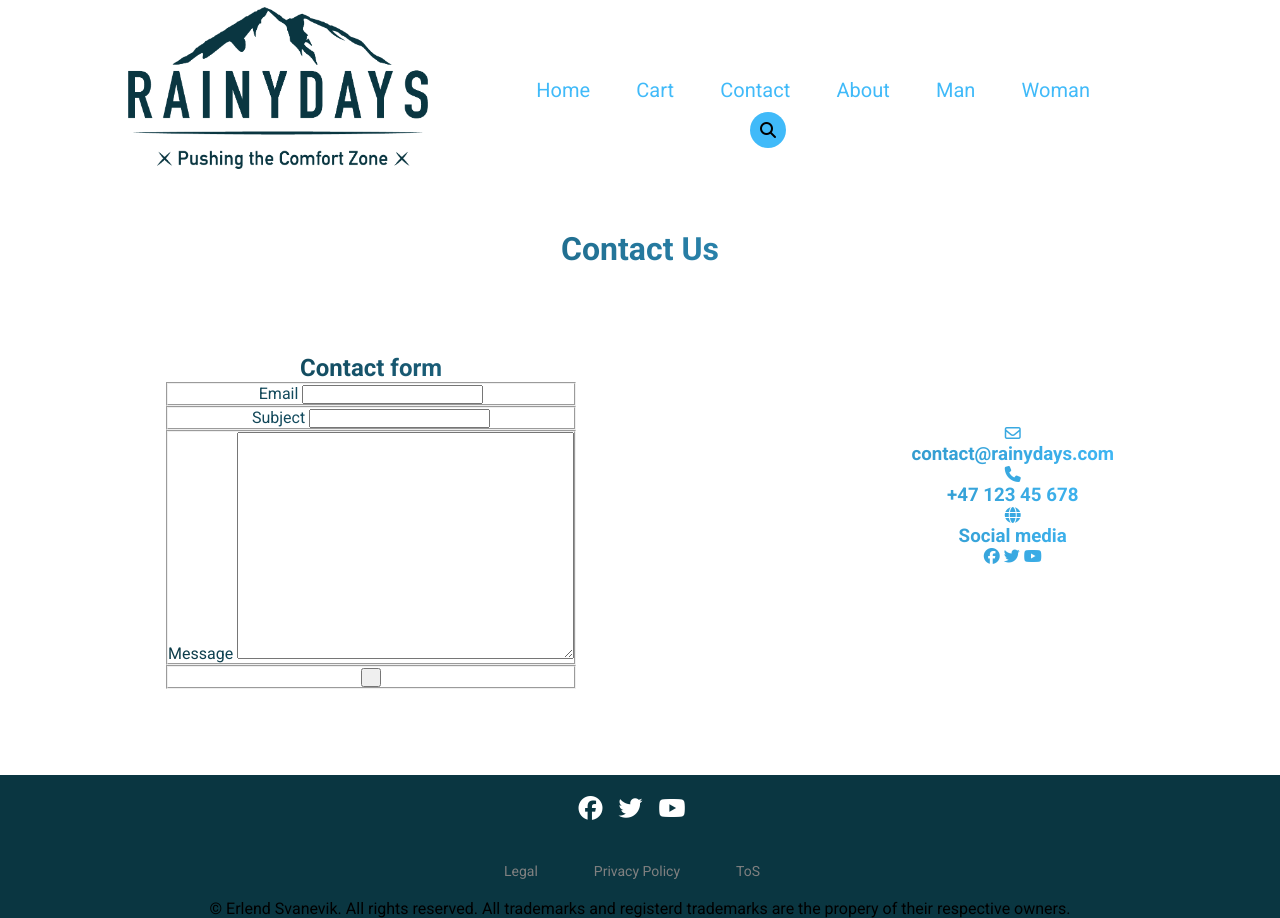
Repository: EpleWasTaken/RainyDays
Page: contact.html
An editor plug-in stored every save of this project. The page is shown before and after a run of saves, followed by the edit.
The browser window is 1280 px wide. The pictures show the whole page.
Some web libraries are served in a nearby version.

Above is the page before, as saved 2020-10-31 17:27:27.

### contact.html
<!DOCTYPE html>
<html lang="en">

<head>
  <title>Front Page</title>
  <meta charset="UTF-8">
  <meta name="viewport" content="width=device-width, initial-scale=1.0" />
  <link rel="stylesheet" href="https://fonts.googleapis.com/css2?family=Roboto:wght@400;700&display=swap" />
  <link rel="stylesheet" href="/css/styles.css" />
  <link rel="stylesheet" href="/css/footer.css" />
  <link rel="stylesheet" href="/css/contact.css" />
  <script src="https://kit.fontawesome.com/cafca22d75.js" crossorigin="anonymous"></script>
</head>

<body>
  <header>
    <div class="logo-container">
      <a href="index.html">
      <img src="./images/RainyDays_Logo.png" class="logo" alt="logo">
    </div>

    <nav>
      <ul class="nav-links">
        <li><a class="nav-link" href="index.html">Home</a></li>
        <li><a class="nav-link" href="cart.html">Cart</a></li>
        <li><a class="nav-link" href="contact.html">Contact</a></li>
        <li><a class="nav-link" href="about.html">About</a></li>
        <li><a class="nav-link" href="man.html">Man</a></li>
        <li><a class="nav-link" href="woman.html">Woman</a></li>
      </ul>
    </nav>
    <div class="search-box">
      <input class="search-txt" type="text" name="" placeholder="Type to search..." <a class="search-btn" href="#0">
      <i class="fas fa-search"></i>
      </a>
    </div>
  </header>
  <main>
    <h1>Contact Us</h1>
    <section class="contact-container">
      <section class="contact-form">
        <h2>Contact form</h2>
        <form action="submit.php" method="GET">
          <fieldset class="email">
            <label for="email">Email</label>
            <input type="email" name="email" placeholder="example@outlook.com">
          </fieldset>
          <fieldset class="subject">
            <label for="subject">Subject</label>
            <input type="subject" name="subject" placeholder="Subject">
          </fieldset>
          <fieldset class="message">
            <label for="message">Message</label>
            <textarea name="message" id="message" placeholder="Type here..." cols="40" rows="15"></textarea>
          </fieldset>
          <fieldset class="submit">
            <button class="btn-submit">TE</button>
          </fieldset>
        </form>
    </section>
    <section class="other-contacts">
      <div class="email">
        <i class="far fa-envelope"></i>
        <h3>contact@rainydays.com</h3>
      </div>
      <div class="phone">
        <i class="fas fa-phone"></i>
        <h3>+47 123 45 678</h3>
      </div>
      <div class="social-media">
        <i class="fas fa-globe"></i>
        <h3>Social media</h3>
        <div class="social-media-icons">
          <a href="#0"><i class="fab fa-facebook"></i></a>
          <a href="#0"><i class="fab fa-twitter"></i></a>
          <a href="#0"><i class="fab fa-youtube"></i></a>
        </div>
      </div>
    </section>
  </main>
  <footer class="footer">
    <div class="footer-container">
      <ul class="footer-social">
        <li>
          <a href="#0" class="facebook"><i class="fab fa-facebook"></i></a>
        </li>
        <li>
          <a href="#0" class="twitter"><i class="fab fa-twitter"></i></a>
        </li>
        <li>
          <a href="#0" class="youtube"><i class="fab fa-youtube"></i></a>
        </li>
      </ul>
    </div>
    <div class="footer-container">
      <div class="footer-legal">
        <a href="#0">Legal</a>
        <a href="#0">Privacy Policy</a>
        <a href="#0">ToS</a>
      </div>
      <div class="footer-copyright">
        &copy; Erlend Svanevik. All rights reserved. All trademarks and registerd trademarks are the propery of
        their respective owners.
      </div>
  </footer>
</body>

</html>

### css/styles.css
* {
	margin: 0;
	padding: 0;
	box-sizing: border-box;
}

body {
	font-family: "Roboto", sans-serif;
}

button {
	font-family: "Roboto", sans-serif;
}

header {
	display: flex;
	width: 80%;
	height: 25vh;
	margin: auto;
	align-items: center;
}

.logo-container,
.nav-links,
.search {
	display: flex;
}

.logo-container {
	flex: 1;
}

.logo {
	width: 300px;
}

nav {
	display: flex;
	flex: 4;
	justify-content: center;
	align-items: center;
	margin: auto;
}

.nav-links {
	justify-content: space-between;
	list-style: none;
	height: 30px;
	align-items: center;
	width: 600px;
}

.nav-link {
	display: flex;
	color: #40baf9;
	font-size: 20px;
	text-decoration: none;
}

.search {
	flex: 1;
	justify-content: flex-end;
}

.presentation {
	display: flex;
	width: 80%;
	margin: auto;
	min-height: 80vh;
	align-items: center;
}

.introduction {
	flex: 1;
}

.slogan-text {
	font-size: 30px;
	font-weight: 500;
	background: linear-gradient(to right, #0a3641, #40baf9);
	-webkit-background-clip: text;
	-webkit-text-fill-color: transparent;
}

.slogan-text p {
	margin: 5px;
	font-size: 22px;
	color: grey;
}

.cta {
	padding: 50px 50px 0px 0px;
}

.cta-col {
	border: 2px solid #0a3641;
	background: transparent;
	color: #0a3641;
	width: 150px;
	height: 50px;
	cursor: pointer;
	font-size: 20px;
}

.cta-view {
	background: #0a3641;
	width: 150px;
	height: 50px;
	cursor: pointer;
	font-size: 20px;
	border: none;
	color: white;
	margin: 30px 0px 0px 30px;
}

.cover {
	flex: 1;
}

.cover img {
	height: 60vh;
}

/* SEARCHBAR */

.search-box {
	position: absolute;
	top: 18%;
	left: 60%;
	transform: translate(-50%, -50%);
	background: #40baf9;
	height: 36px;
	border-radius: 40px;
	padding: 10px;
	display: flex;
	justify-content: center;
	align-items: center;
}

.search-txt {
	border: none;
	background: none;
	outline: none;
	float: left;
	padding: 0;
	color: black;
	font-size: 16px;
	transition: 0.4s;
	line-height: 40px;
	width: 0px;
}

.search-box:hover > .search-txt {
	width: 240px;
	padding: 0 6px;
}

::placeholder {
	color: black;
}

.search-btn {
	color: #0a3641;
	float: right;
	width: 40px;
	height: 40px;
	border-radius: 50%;
}

.search-btn i {
	cursor: pointer;
}

@media screen and (max-width: 1024px) {
	.presentation {
		flex-direction: column;
	}

	.introduction {
		margin-top: 5vh;
		text-align: center;
	}

	.slogan-text h1 {
		font-size: 30px;
	}

	.slogan-text p {
		font-size: 18px;
	}

	.cta {
		padding: 10px 0px 20px 0px;
	}

	.logo {
		width: 270px;
	}

	.search-box {
		top: 18%;
		left: 70%;
		transform: none;
		width: 240px;
	}

	.nav-links {
		width: 400px;
	}

	nav {
		display: none;
	}

	.search-box {
		display: none;
	}
}

### css/footer.css
/* FOOTER */

footer {
	display: flex;
	flex-direction: column;
	justify-content: center;
	align-items: center;
	background-color: #0a3641;
	position: relative;
	bottom: 0;
	left: 0;
	right: 0;
}

.footer-social {
	display: flex;
	align-items: center;
	justify-content: center;
	list-style: none;
	padding: 20px;
	font-size: 1.5rem;
}

.footer-social li {
	margin-right: 1rem;
}

.footer-social a {
	text-decoration: none;
	color: white;
}

.footer-social li a.facebook:hover {
	color: #3b5998;
}

.footer-social li a.twitter:hover {
	color: #00acee;
}

.footer-social li a.youtube:hover {
	color: #c4302b;
}

.footer-legal {
	display: flex;
	justify-content: center;
	align-items: center;
	font-size: 2rem;
}

.footer-legal a {
	color: grey;
	text-decoration: none;
	margin-right: 1rem;
	font-size: 14px;
	padding: 20px;
}

.footer-legal a:hover {
	color: white;
}

.footer-copyright p {
	display: flex;
	text-decoration: none;
	margin-right: 1rem;
	font-size: 14px;
	padding: 20px;
}

/* MEDIA QUERIES */

@media screen and (max-with: 1024px) {
	footer .footer_container {
		flex-direction: row;
	}

	footer .footer_container.flex {
		display: unset;
	}
}

### css/contact.css
* {
	margin: 0;
	padding: 0;
	box-sizing: inherit;
}

html {
	font-family: "Roboto", sans-serif;
	box-sizing: border-box;
}

main {
	padding-top: 50px;
	margin-left: 5rem;
	padding-right: 5rem;
}

h1 {
	display: flex;
	align-items: center;
	justify-content: center;
	margin: auto;
	background: linear-gradient(to right, #0a3641, #40baf9);
	-webkit-background-clip: text;
	-webkit-text-fill-color: transparent;
}

.contact-container {
	display: grid;
	grid-template-columns: 1fr;
	gap: 4rem 2rem;
	margin: 5%;
	background: linear-gradient(to right, #0a3641, #40baf9);
	-webkit-background-clip: text;
	-webkit-text-fill-color: transparent;
}

section.contact-container {
	display: flex;
	justify-content: space-between;
	text-align: center;
	height: 100%;
	padding: 30px;
}

section.contact-container .email,
section.contact-container .subject {
	font-size: 1rem;
}

section.contact-form {
	display: flex;
	flex-direction: column;
	align-items: center;
}

section .subject {
}

fieldset.message label {
}

fieldset {
	width: 100%;
}

fieldset.btn-submit {
	width: 100%;
}

section.other-contacts {
	border-top-style: solid;
	border-top-width: 70px;
	color: white;
}

@media screen and (max-width: 1024px) {
	.contact-container {
		grid-template-columns: 2fr 3fr;
	}

	section.contact-container {
		display: flex;
		flex-direction: column;
	}
}

After the next 2 saves:
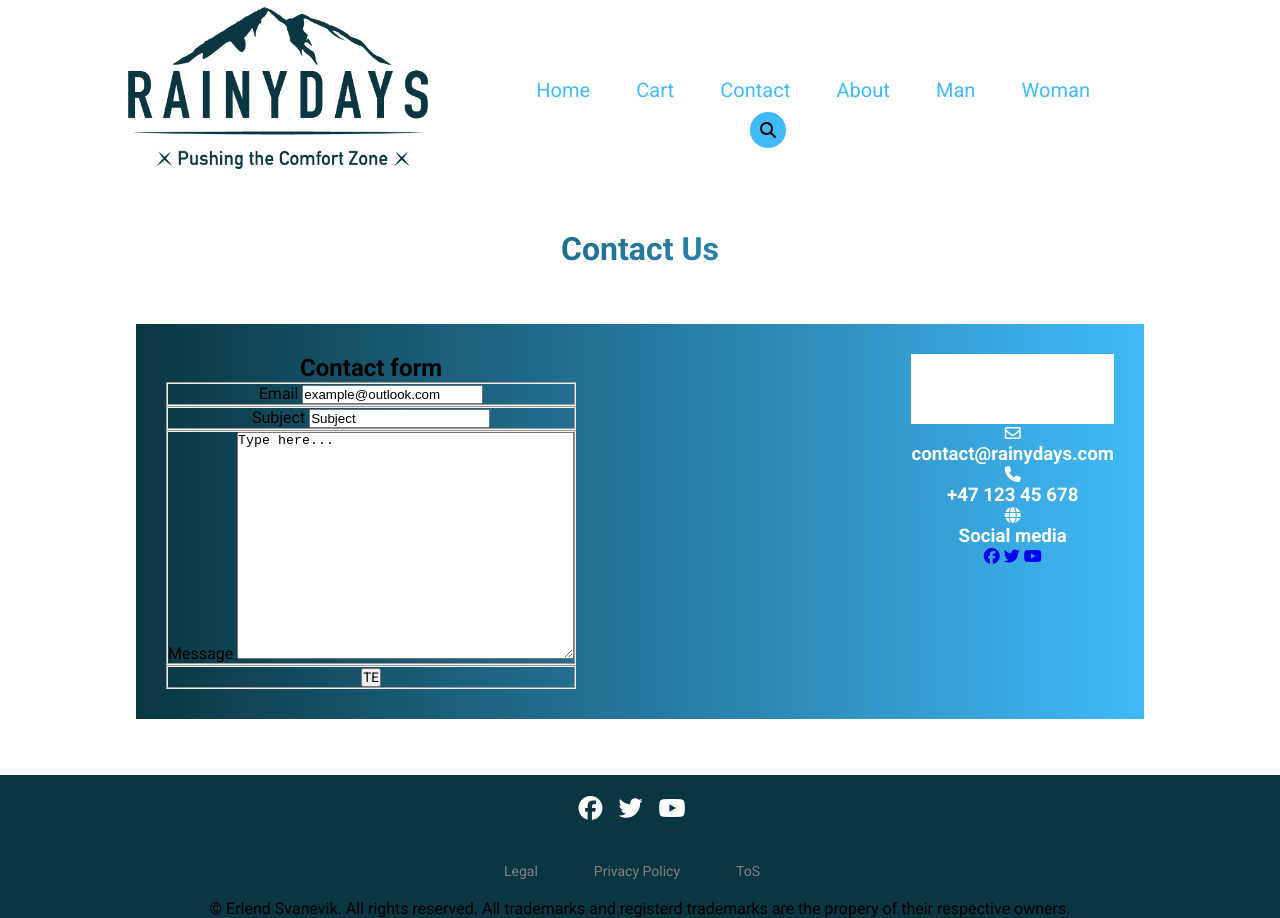
The 2 saves are shown as one change because they came seconds apart.
The last was saved 83 s later.
--- a/css/contact.css
+++ b/css/contact.css
@@ -31,8 +31,6 @@ h1 {
 	gap: 4rem 2rem;
 	margin: 5%;
 	background: linear-gradient(to right, #0a3641, #40baf9);
-	-webkit-background-clip: text;
-	-webkit-text-fill-color: transparent;
 }
 
 section.contact-container {
